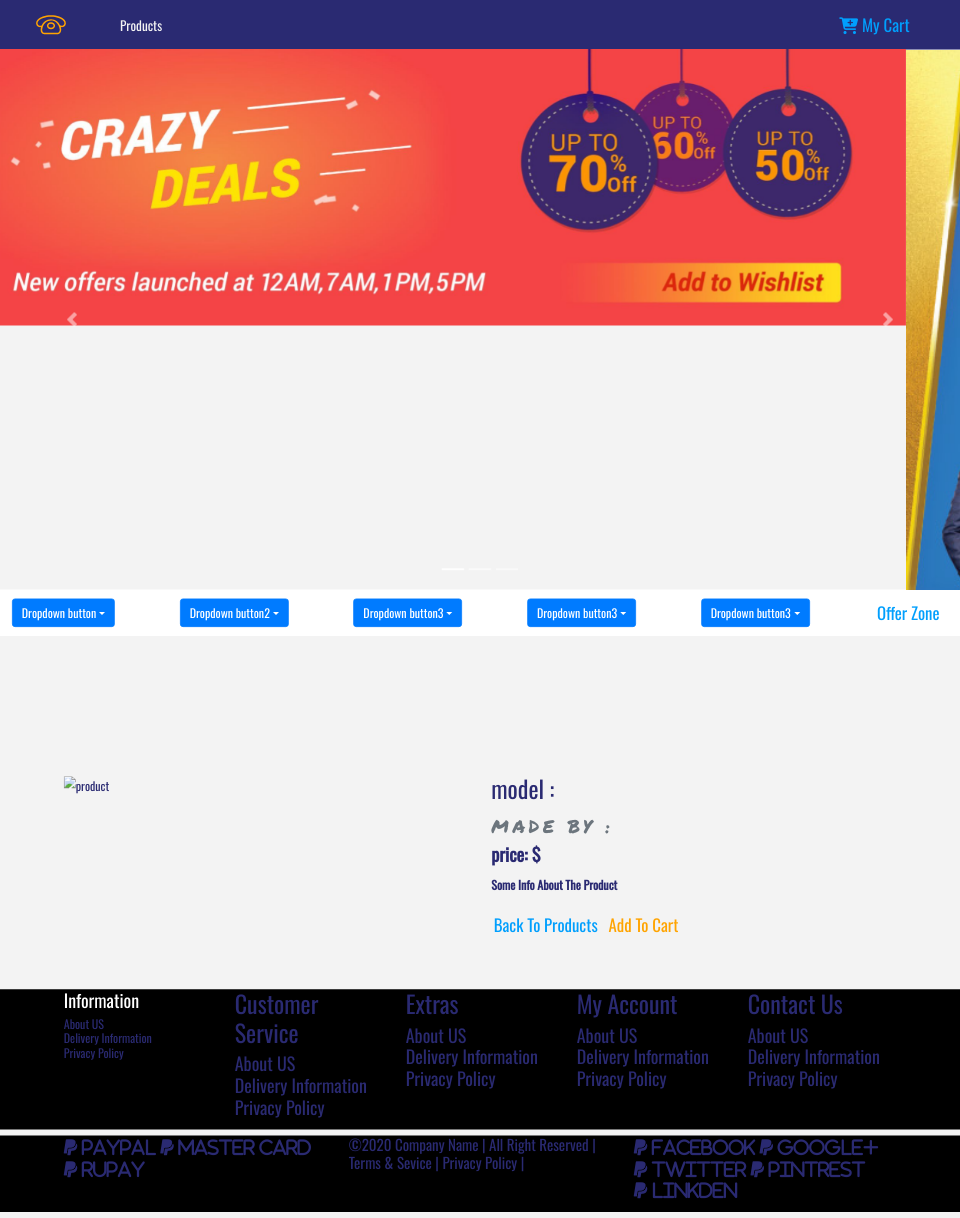
Repository: aditya1068/Online-Store
Page: /details
These files come from the project's save history. The page is drawn as it stood at one moment and after the next save; the edit follows.
The browser window is 1280 px wide. The pictures show the whole page, at 75% of full size.
Some web libraries are served in a nearby version. The project was rebuilt for these pictures with package versions that can differ from the ones it lists, and the page was loaded fresh each time. Also part of the build but not shown: src/components/Products.js, src/components/Title.js, src/components/ProductsList.js, src/components/Cart.js, src/components/Default.js.

Above is the page before, as saved 2020-04-03 03:25:26.

After the next save:
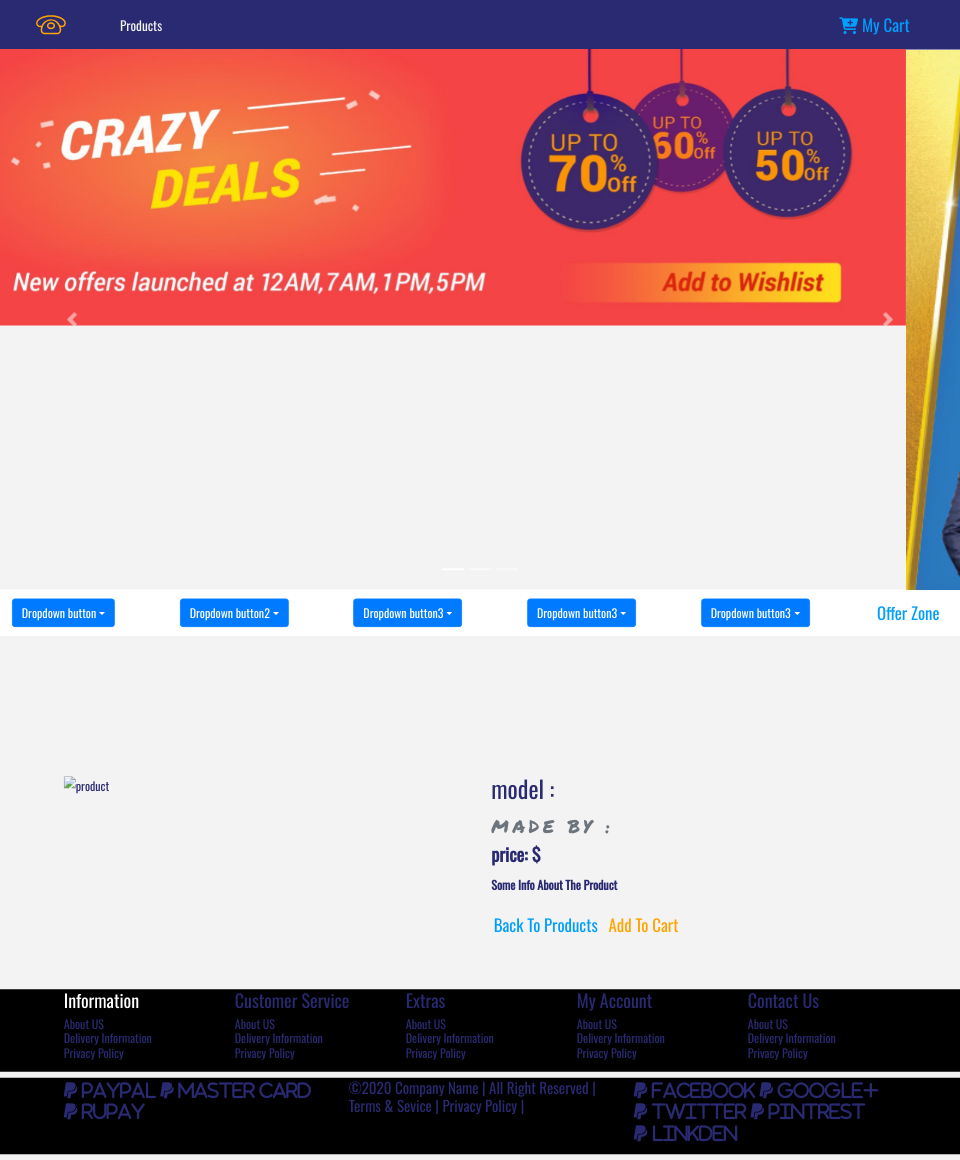
Saved 59 s later.
--- a/src/components/Footer.js
+++ b/src/components/Footer.js
@@ -20,38 +20,38 @@ export default class Footer extends Component {
                   </div>
                   {/* column2 */}
                   <div className= "col">
-                      <h2>Customer Service</h2>
+                      <h4>Customer Service</h4>
                       <ul className="list-unstyled">
-                         <h4> <li>About US</li>
+                         <h6> <li>About US</li>
                           <li>Delivery Information</li>
-                          <li>Privacy Policy</li></h4>
+                          <li>Privacy Policy</li></h6>
                       </ul>
                   </div>
                   {/* column3 */}
                   <div className= "col">
-                      <h2>Extras</h2>
+                      <h4>Extras</h4>
                       <ul className="list-unstyled">
-                         <h4> <li>About US</li>
+                         <h6> <li>About US</li>
                           <li>Delivery Information</li>
-                          <li>Privacy Policy</li></h4>
+                          <li>Privacy Policy</li></h6>
                       </ul>
                   </div>
                   {/*column 4 */}
                   <div className= "col">
-                      <h2>My Account</h2>
+                      <h4>My Account</h4>
                       <ul className="list-unstyled">
-                        <h4>  <li>About US</li>
+                        <h6>  <li>About US</li>
                           <li>Delivery Information</li>
-                          <li>Privacy Policy</li></h4>
+                          <li>Privacy Policy</li></h6>
                       </ul>
                   </div>
                    {/*column 5 */}
                    <div className= "col">
-                      <h2>Contact Us</h2>
+                      <h4>Contact Us</h4>
                       <ul className="list-unstyled">
-                        <h4>  <li>About US</li>
+                        <h6>  <li>About US</li>
                           <li>Delivery Information</li>
-                          <li>Privacy Policy</li></h4>
+                          <li>Privacy Policy</li></h6>
                       </ul>
                   </div>
 
